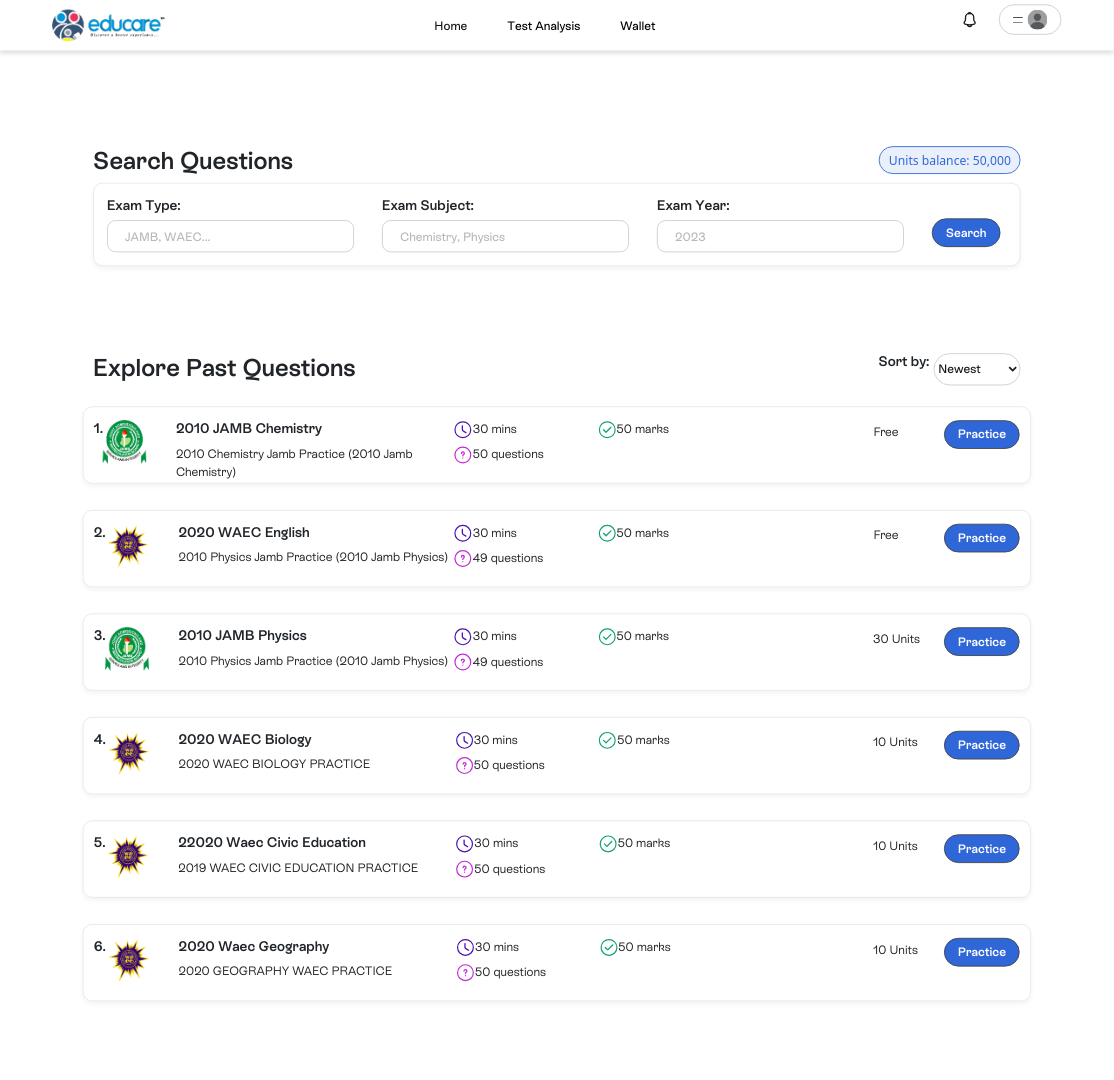
Repository: sarahnnanyelugo/educare-cbt
Page: /exam-list
These files come from the project's save history. The page is drawn as it stood at one moment and after the next save; the edit follows.
The browser window is 1280 px wide. The pictures show the whole page, at 87% of full size.
The project was rebuilt for these pictures with package versions that can differ from the ones it lists, and the page was loaded fresh each time. Also part of the build but not shown: src/components/Form/SignUpForm.js, src/pages/AuthenticationPage/auth.scss, src/pages/AuthenticationPage/AuthenticationPage.js, src/components/TestModal/test-modal.scss, src/components/EducareNavBar/MenuLink/menu-link.scss, src/components/EducareNavBar/MenuLink/MenuLink.js, src/components/EducareNavBar/MenuTab/MenuTab.js, src/components/EducareNavBar/MobileDrop/Mobile-drop.js and 42 more. Imported but missing from the stored project, and not drawn on this page: src/components/Form/Password, src/components/GoogleButton/GoogleButton.

Above is the page before, as saved 2023-11-13 15:12:47.

After the next save:
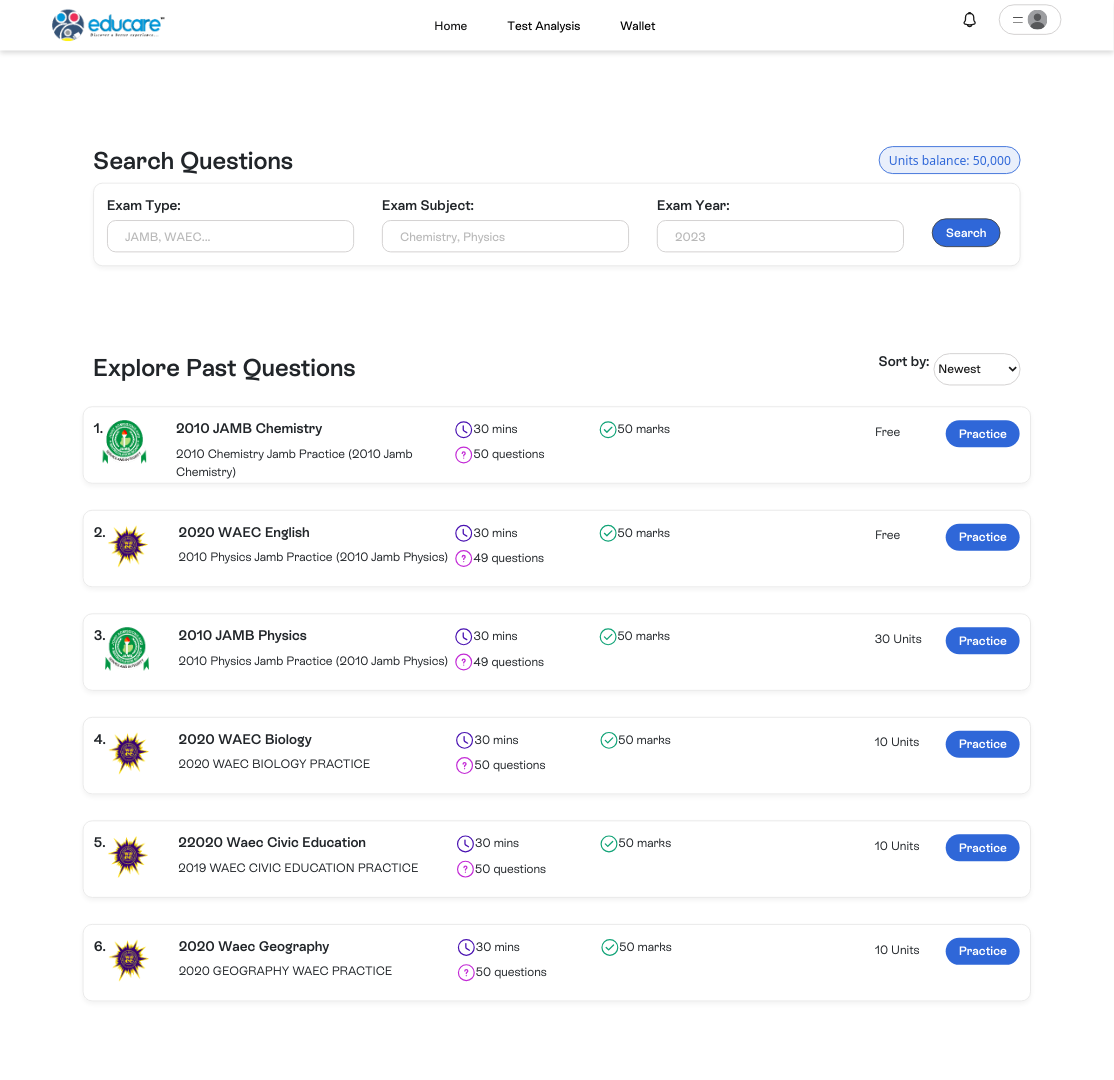
Saved 12 s later.
--- a/src/components/Exams/Exams.js
+++ b/src/components/Exams/Exams.js
@@ -57,7 +57,7 @@
                 <small>{data.unitNum}</small>
               </td>
               <td>
-                {user !== undefined ? (
+                {user === undefined ? (
                   <Link to={"/authenticate"}>
                     {" "}
                     <button>Practice</button>

After the save that followed:
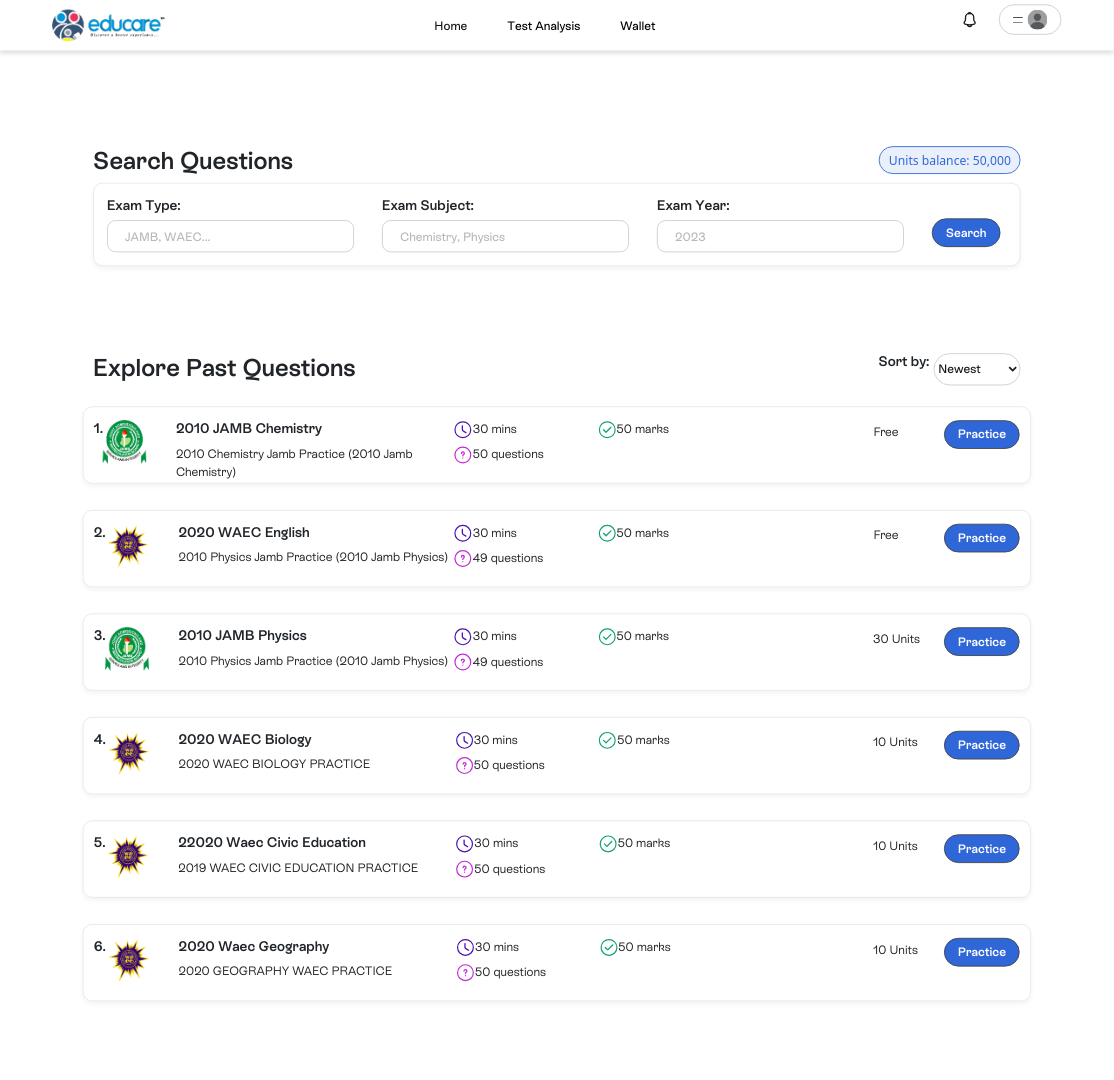
Saved 10 s later.
--- a/src/components/Exams/Exams.js
+++ b/src/components/Exams/Exams.js
@@ -57,7 +57,7 @@
                 <small>{data.unitNum}</small>
               </td>
               <td>
-                {user === undefined ? (
+                {user !== undefined ? (
                   <Link to={"/authenticate"}>
                     {" "}
                     <button>Practice</button>
